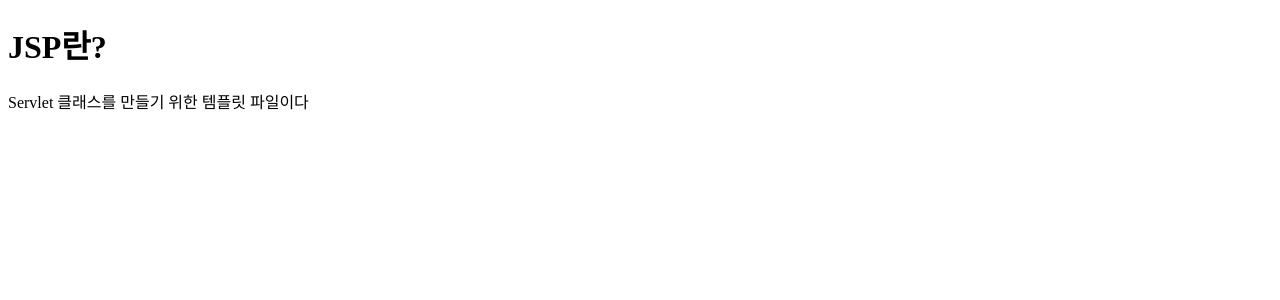
Repository: soso1525/bitcamp
Page: http://localhost/java-web/jsp_exams/ex1/test02.jsp
These files come from the project's save history. The page is drawn as it stood at one moment and after the next save; the edit follows.
The browser window is 1280 px wide. The pictures show the whole page.
The page is served by Tomcat 9. Nobody is signed in. The application's start-up code is not run. Other server files are loaded and not shown.

Above is the page before, as saved 2017-12-14 05:21:15.

### workspace/java-web/src/main/webapp/jsp_exams/ex1/test02.jsp
<%@ page language="java" contentType="text/html; charset=UTF-8"
    pageEncoding="UTF-8"%>
<!DOCTYPE html>
<html>
<head>
<meta charset="UTF-8">
<title>ex1/test01</title>
</head>
<body>
<h1>JSP란?</h1>
<p>
Servlet 클래스를 만들기 위한 템플릿 파일이다 <br>
</p>
</body>
</html>

After the next save:
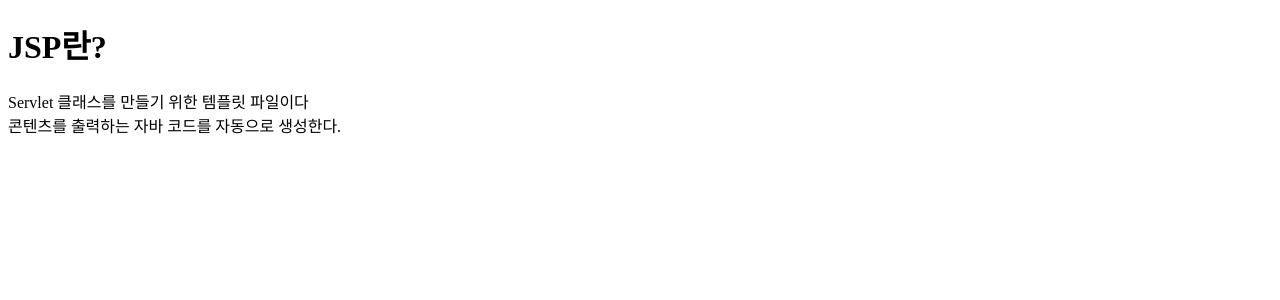
Saved 33 s later.
--- a/workspace/java-web/src/main/webapp/jsp_exams/ex1/test02.jsp
+++ b/workspace/java-web/src/main/webapp/jsp_exams/ex1/test02.jsp
@@ -10,6 +10,7 @@
 <h1>JSP란?</h1>
 <p>
 Servlet 클래스를 만들기 위한 템플릿 파일이다 <br>
+콘텐츠를 출력하는 자바 코드를 자동으로 생성한다. <br>
 </p>
 </body>
 </html>
